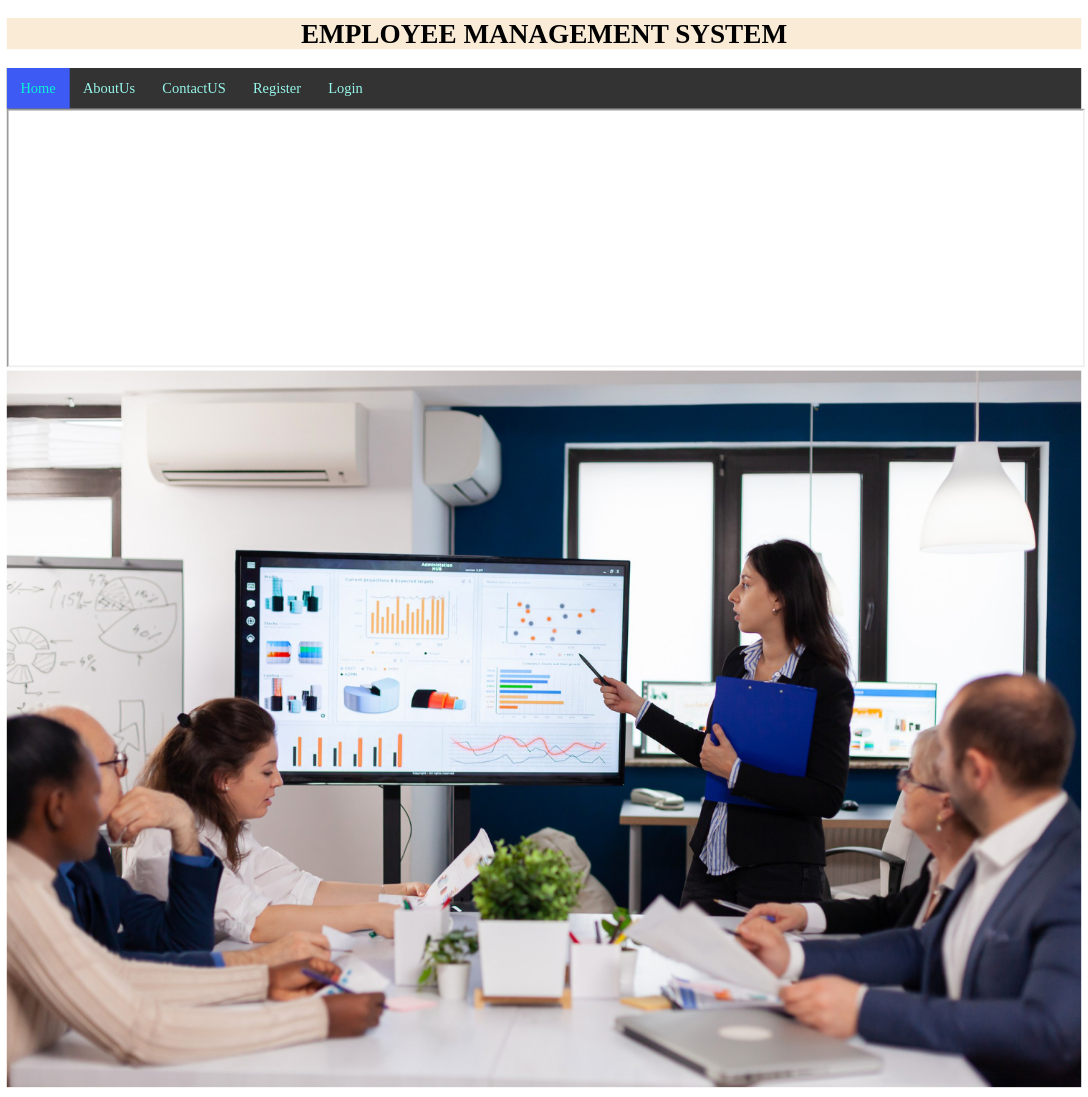
Repository: gajanansp07/Advance_Java_Practice
Page: http://localhost/JDBCCURD/Home.jsp
An editor plug-in stored every save of this project. The page is shown before and after the next save, followed by the edit.
The browser window is 1280 px wide. The pictures show the whole page, at 85% of full size.
The page is served by Tomcat 9.

Above is the page before, as saved 2022-03-16 12:28:25.

After the next save:
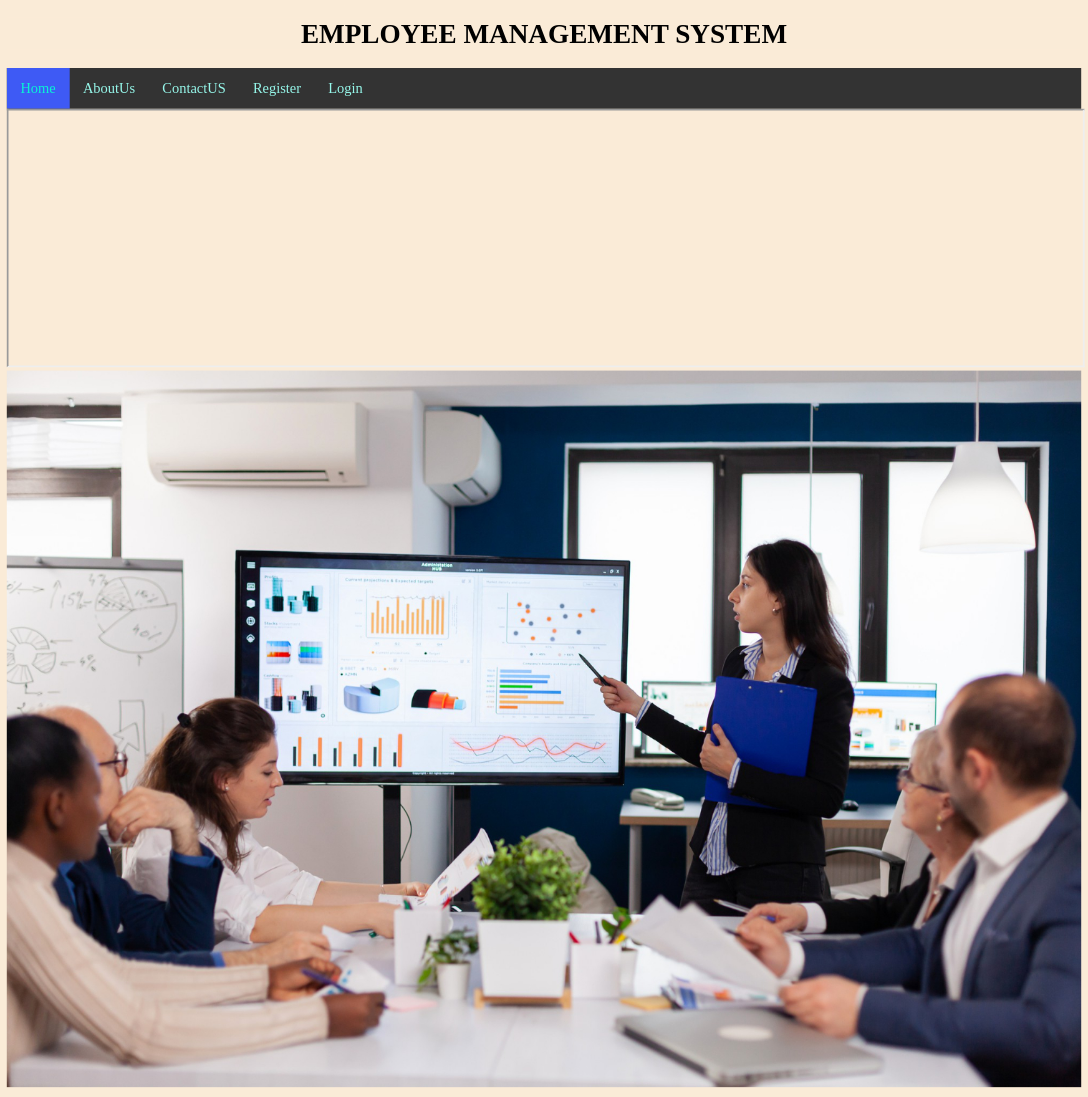
Saved 105 s later.
--- a/JDBCCURD/src/main/webapp/Home.jsp
+++ b/JDBCCURD/src/main/webapp/Home.jsp
@@ -6,6 +6,9 @@
 <meta charset="ISO-8859-1">
 <title>Insert title here</title>
 <style>
+body{
+background-color: antiquewhite;
+}
     .topnav {
   background-color: #333;
   overflow: hidden;
